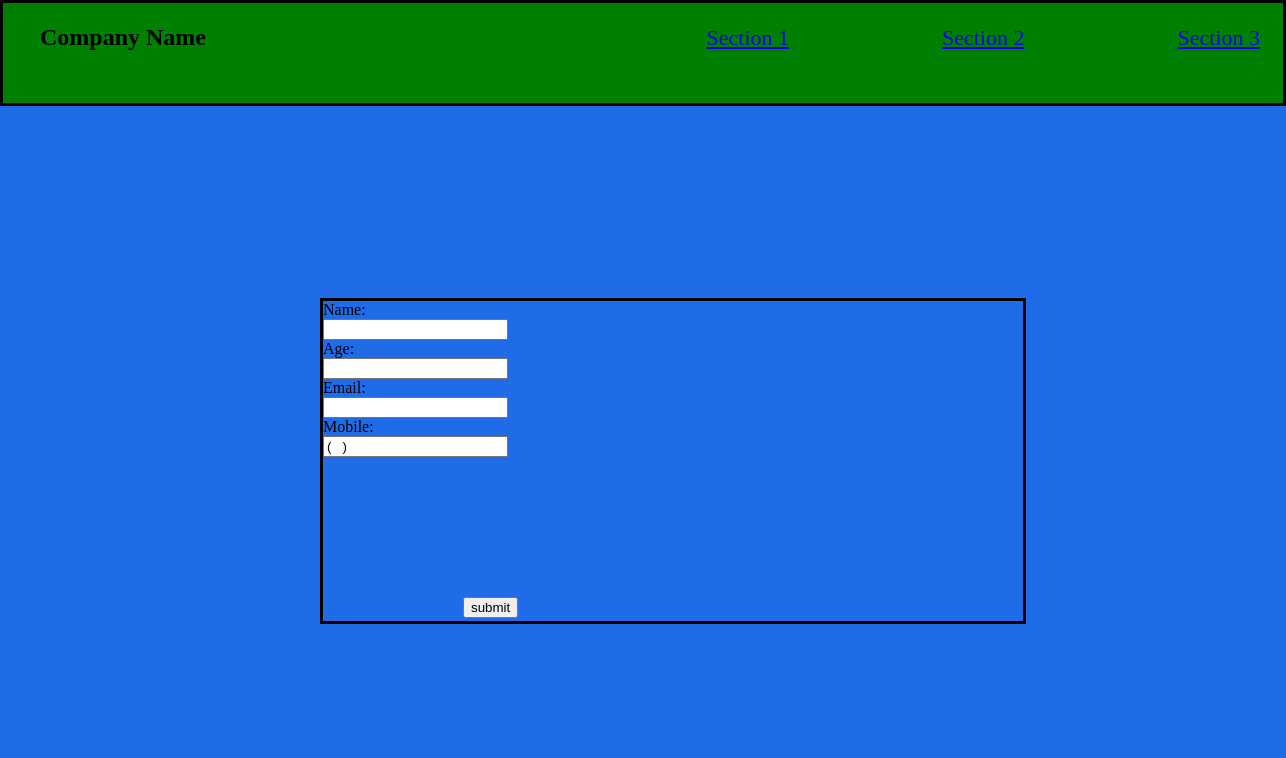
Repository: helloneibor/Project2
Page: section3.html
The author's editor kept a record of every edit. The page is drawn from the files as they stood at one moment, then again after the next edit.
The browser window is 1280 px wide. The page is 1286 px wide, so the pictures cover 1286 px, including what lies to the right of the window. The pictures show the whole page.

Above is the page before.

After the next edit:
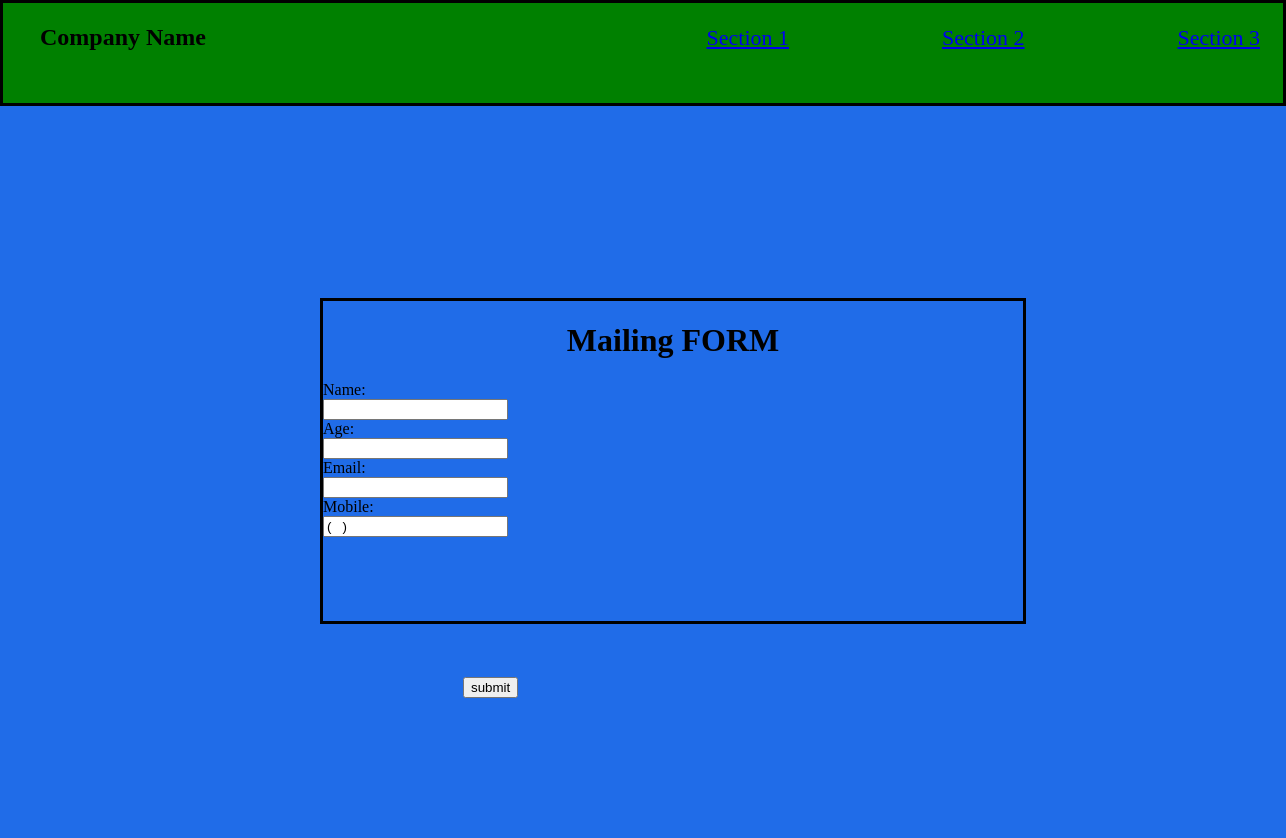
The edit:
--- a/section3.html
+++ b/section3.html
@@ -19,6 +19,7 @@
             </nav>
         </header>
             <form action="https://github.com/helloneibor/Project2" method="post">
+                    <h1> Mailing FORM </h1>
                 <label for="Name">Name:</label>
                 <input class="form_one" type="text" name="Name"/>
                 <label for="Age">Age:</label>
